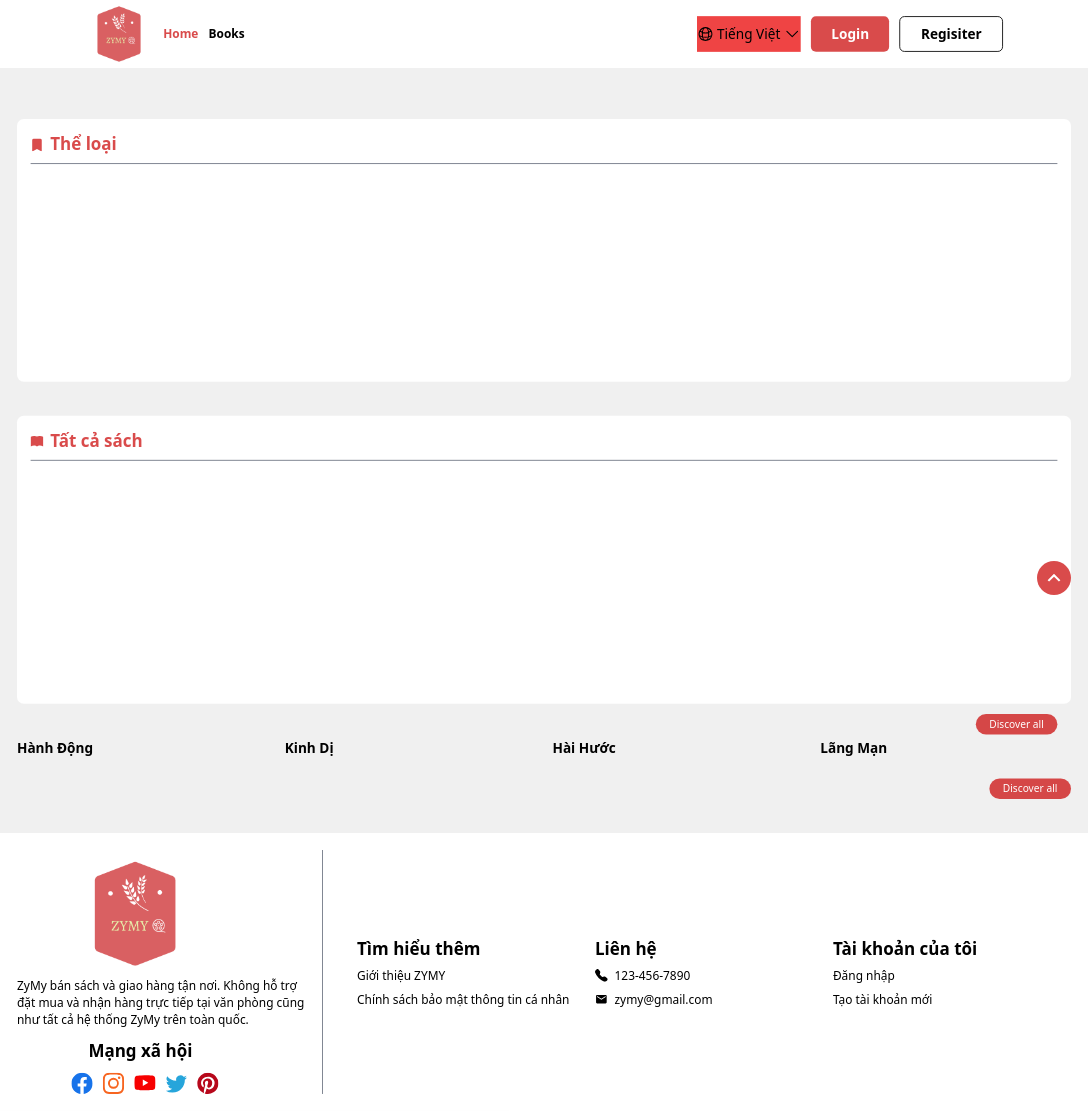
Repository: NguyenDinhThuyVy/website_selling_books
Page: / (app in FrontEnd/)
The author's editor kept a copy of each file at every save. The page is drawn from the files as they stood at one save, then again after the next save.
The browser window is 1280 px wide. The pictures show the whole page, at 85% of full size.
The page's requests for data from a server got no answer. The project was rebuilt for these pictures with package versions that can differ from the ones it lists, and the page was loaded fresh each time. Some packages were replaced by stand-ins written for this rebuild. The framework's server and built-in components were replaced by stand-ins that run in the browser. No one was signed in, and anything a server would have sent is missing. Also part of the build but not shown: FrontEnd/next.config.js, FrontEnd/src/components/InforLogin/styles.scss, FrontEnd/src/components/InforLogin/index.jsx, FrontEnd/src/app/(default)/(public)/home/components/CategoryColumn/CategoryColumnContent/index.jsx, FrontEnd/src/styles/CategoryItem.scss, FrontEnd/src/app/(default)/(public)/home/components/CategoryItem/index.jsx, FrontEnd/src/app/(default)/(public)/home/components/BannerItem/index.jsx, FrontEnd/src/styles/BookItem.scss and 1 more.

Above is the page before, as saved 2023-12-29 15:00:04.

After the next save:
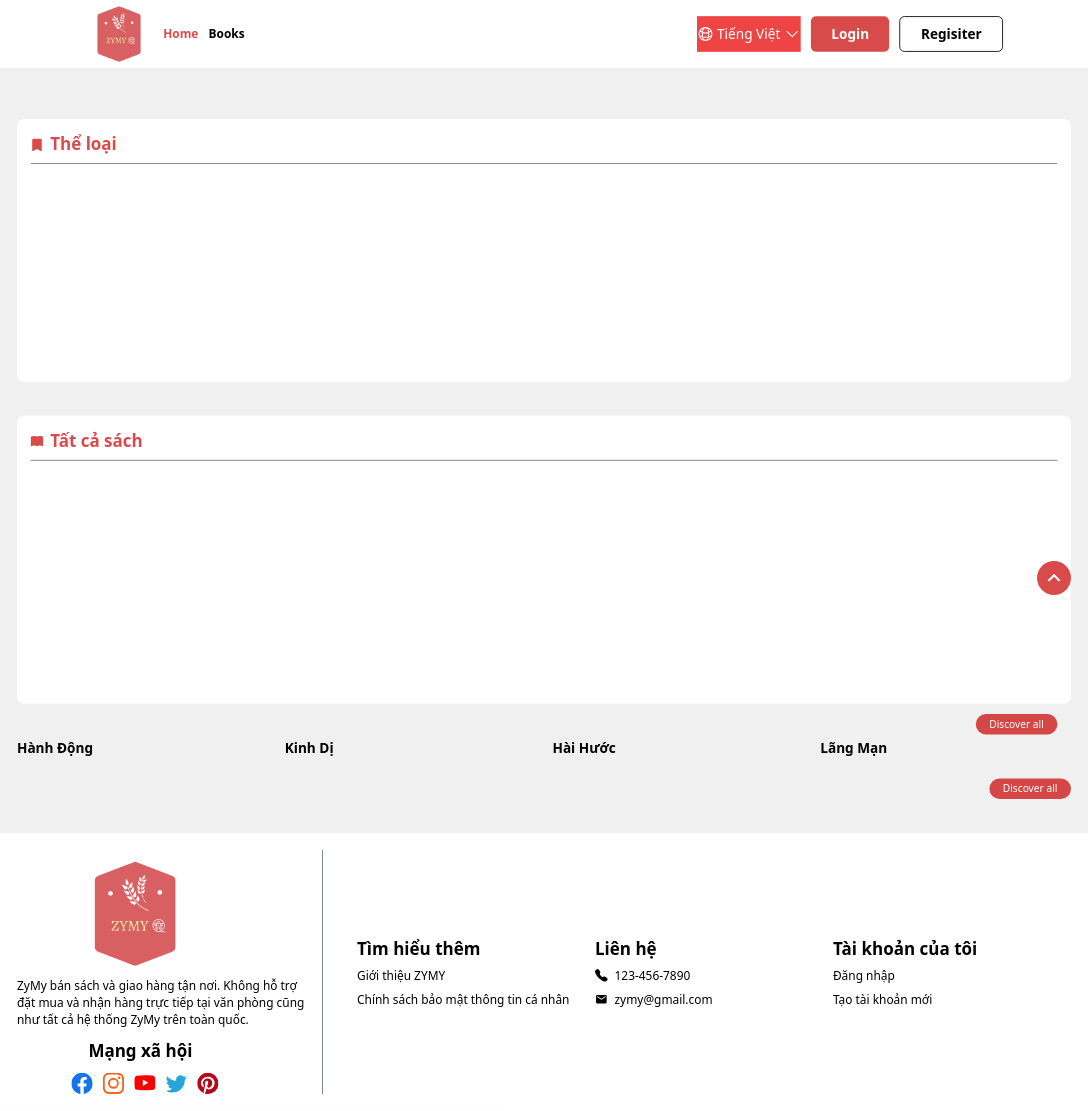
Saved 14 s later.
--- a/FrontEnd/src/components/layout/Header/index.jsx
+++ b/FrontEnd/src/components/layout/Header/index.jsx
@@ -103,7 +103,7 @@
         ) : (
           <>
             <Popover
-              className="flex items-center py-1 hover:text-gray-300 cursor-pointer  z-40 bg-red-500 "
+              className="flex items-center py-1 hover:text-gray-300 cursor-pointer  z-40 bg-red-500 text-white"
               renderPopover={
                 <div className="bg-red-300 relative shadow-md rounded-sm border border-gray-200 z-40">
                   <div className="flex flex-col py-2 pr-28 pl-3">
